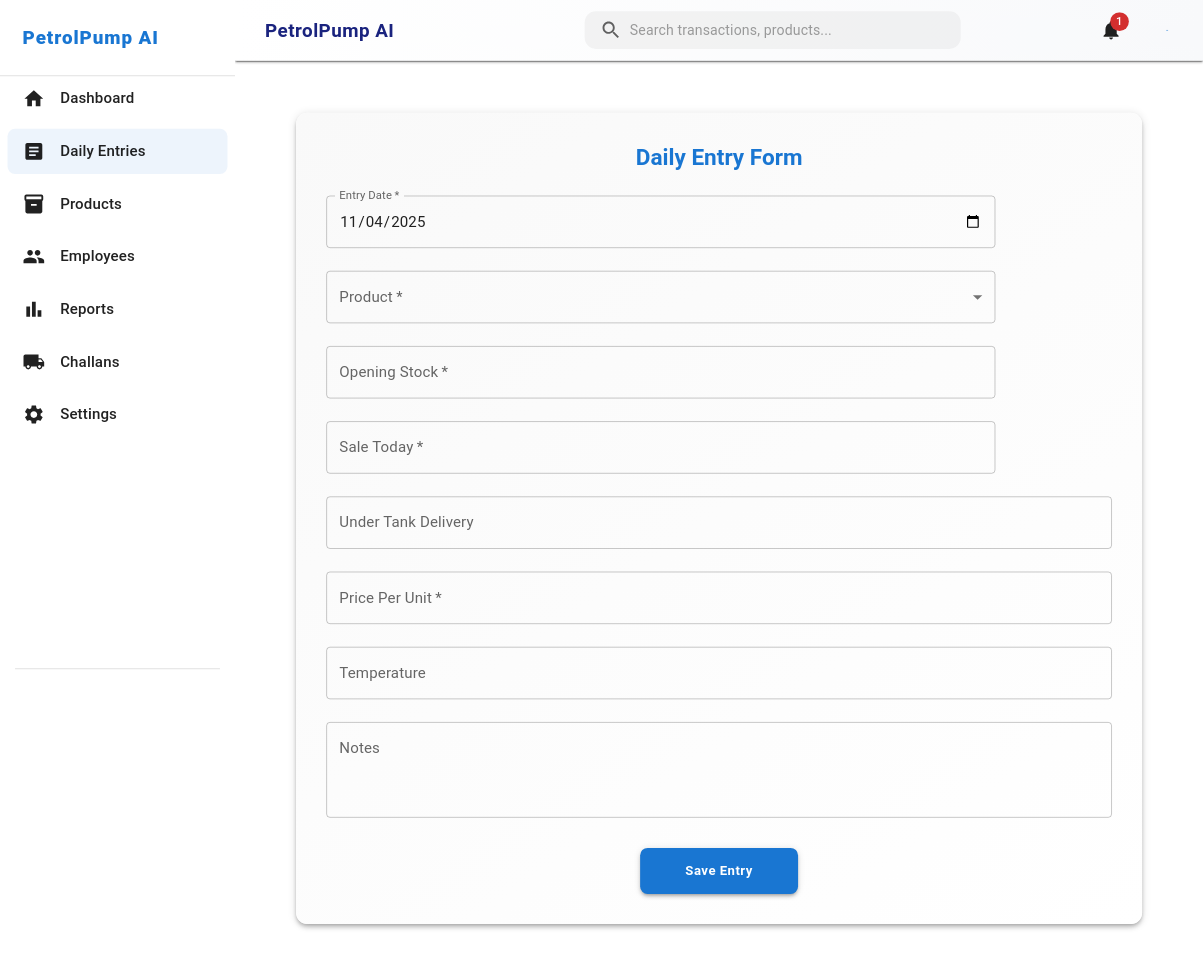
Repository: saquib0509/AI-Enabled-Retail-Management-
Page: /entries (app in frontend/)
The author's editor kept a copy of each file at every save. The page is drawn from the files as they stood at one save, then again after the next save.
The browser window is 1280 px wide. The pictures show the whole page, at 94% of full size.
The page's requests for data from a server got no answer. The project was rebuilt for these pictures with package versions that can differ from the ones it lists, and the page was loaded fresh each time. No one was signed in, and anything a server would have sent is missing. Also part of the build but not shown: frontend/vite.config.ts, frontend/src/pages/Dashboard.tsx, frontend/src/components/EmployeeList.tsx, frontend/src/components/EmployeeForm.tsx, frontend/src/components/EmployeeAttendance.tsx, frontend/src/components/EmployeeSalary.tsx, frontend/src/pages/Employees.tsx, frontend/src/pages/Products.tsx and 10 more.

Above is the page before, as saved 2025-11-08 22:59:05.

### frontend/index.html
<!DOCTYPE html>
<html lang="en">
<head>
  <meta charset="UTF-8">
  <meta name="viewport" content="width=device-width, initial-scale=1.0">
  <title>Petrol Pump Management</title>
  <link rel="stylesheet" href="/src/styles.css">
</head>
<body>
  <div id="root"></div>
  <script type="module" src="/src/main.tsx"></script>
</body>
</html>

### frontend/src/styles.css
/* ===== Global CSS Variables (Design Tokens) ===== */
:root {
  --color-primary: #3763ff;
  --color-primary-hover: #2543c3;
  --color-primary-shadow: #e8f0fe;
  --color-accent: #13c39c;
  --color-bg: #f7f8fa;
  --color-bg-card: #fff;
  --color-bg-navbar: #fff;
  --color-border: #e5e7eb;
  --color-text: #1f2937;
  --color-text-soft: #6b7280;
  --color-text-inverse: #fff;
  --border-radius: 10px;
  --shadow-md: 0 2px 8px 0 rgba(16,30,54,0.06);
  --font-main: 'Inter', 'Segoe UI', Arial, sans-serif;
  --transition: 0.18s cubic-bezier(.4,0,.2,1);
}

@media (prefers-color-scheme: dark) {
  :root {
    --color-bg: #13141a;
    --color-bg-card: #181a20;
    --color-bg-navbar: #191a23;
    --color-primary-shadow: #122056;
    --color-border: #23263a;
    --color-text: #f6f7fa;
    --color-text-soft: #a3adc2;
  }
}

html {
  box-sizing: border-box;
  font-family: var(--font-main);
  font-size: 16px;
  -webkit-font-smoothing: antialiased;
  background: var(--color-bg);
  color: var(--color-text);
}
*, *:before, *:after {
  box-sizing: inherit;
}
body {
  background: var(--color-bg);
  color: var(--color-text);
  min-height: 100vh;
  margin: 0;
  line-height: 1.6;
  transition: background var(--transition), color var(--transition);
  font-size: 1rem;
}

/* Layout */
.container {
  width: 100%;
  max-width: 1200px;
  margin: 0 auto;
  padding: 0 20px;
}

/* Typography */
h1, h2, h3, h4, h5, h6 {
  margin-bottom: 1rem;
  line-height: 1.2;
}

h1 { font-size: 2.5rem; }
h2 { font-size: 2rem; }
h3 { font-size: 1.75rem; }
h4 { font-size: 1.5rem; }
h5 { font-size: 1.25rem; }
h6 { font-size: 1rem; }

p {
  margin-bottom: 1rem;
}

a {
  color: #1976d2;
  text-decoration: none;
}

a:hover {
  text-decoration: underline;
}

/* Buttons */
button, .btn {
  display: inline-block;
  background: #1976d2;
  color: white;
  border: none;
  padding: 0.5rem 1rem;
  border-radius: 4px;
  cursor: pointer;
  font-size: 1rem;
  transition: background-color 0.3s;
}

button:hover, .btn:hover {
  background: #1565c0;
}

/* Forms */
input, select, textarea {
  width: 100%;
  padding: 0.5rem;
  margin-bottom: 1rem;
  border: 1px solid #ddd;
  border-radius: 4px;
  font-size: 1rem;
}

label {
  display: block;
  margin-bottom: 0.5rem;
  font-weight: 500;
}

/* Utility classes */
.mt-1 { margin-top: 0.5rem; }
.mt-2 { margin-top: 1rem; }
.mt-3 { margin-top: 1.5rem; }
.mt-4 { margin-top: 2rem; }

.mb-1 { margin-bottom: 0.5rem; }
.mb-2 { margin-bottom: 1rem; }
.mb-3 { margin-bottom: 1.5rem; }
.mb-4 { margin-bottom: 2rem; }

.text-center { text-align: center; }
.text-right { text-align: right; }

/* Responsive */
@media (max-width: 768px) {
  .container {
    padding: 0 15px;
  }

  h1 { font-size: 2rem; }
  h2 { font-size: 1.75rem; }
  h3 { font-size: 1.5rem; }
}

/* Utility classes */
.responsive-grid {
  display: grid;
  gap: 1.4rem;
  grid-template-columns: 1fr;
}
@media (min-width: 600px) {
  .responsive-grid {
    grid-template-columns: 1fr 1fr;
  }
}
@media (min-width: 980px) {
  .responsive-grid {
    grid-template-columns: 1fr 1fr 1fr;
  }
}

/* Modern Card Form Styles */
.modern-card-form {
  background: var(--color-bg-card);
  box-shadow: var(--shadow-md);
  border-radius: var(--border-radius);
  padding: 2rem 2rem 1.7rem 2rem;
  display: flex;
  flex-direction: column;
  gap: 1.2rem;
  width: 100%;
  max-width: 380px;
  margin: 1.7rem auto 0 auto;
  border: 1px solid var(--color-border);
}
.modern-card-form label {
  text-align: left;
  font-size: 1rem;
  font-weight: 500;
  color: var(--color-text);
  letter-spacing: 0.01em;
}
.modern-card-form input,
.modern-card-form select,
.modern-card-form textarea {
  margin-top: 0.32rem;
  padding: 0.55rem 0.8rem;
  border: 1px solid var(--color-border);
  border-radius: var(--border-radius);
  background: var(--color-bg);
  color: var(--color-text);
  font-size: 1rem;
  transition: border-color var(--transition), background var(--transition), color var(--transition);
}
.modern-card-form input:focus,
.modern-card-form select:focus,
.modern-card-form textarea:focus {
  border-color: var(--color-primary);
  outline: none;
  background: var(--color-primary-shadow);
}
.modern-card-form button[type=submit] {
  margin-top: 0.66rem;
}

### frontend/src/main.tsx
import { StrictMode } from 'react';
import { createRoot } from 'react-dom/client';
import { BrowserRouter } from 'react-router-dom';
import { AppProvider } from './context/AppContext';
import App from './App';
import './styles.css';

// Initialize the application
const container = document.getElementById('root');

if (!container) {
  throw new Error("Failed to find the root element");
}

const root = createRoot(container);

root.render(
  <StrictMode>
    <BrowserRouter>
      <AppProvider>
        <App />
      </AppProvider>
    </BrowserRouter>
  </StrictMode>
);

### frontend/src/App.tsx
import { Routes, Route } from 'react-router-dom';
import Layout from './components/layout/Layout';
import Dashboard from './pages/Dashboard';
import DailyEntryForm from './components/DailyEntryForm';
import Employees from "./pages/Employees";
import Products from "./pages/Products";
import Settings from "./pages/Settings";
import Challans from "./pages/Challans";
import Reports from "./pages/Reports";



const App = () => {
  return (
    <div className="app-container">
      <Routes>
        <Route path="/" element={<Layout />}>
          <Route index element={<Dashboard />} />
          <Route path="entries" element={<DailyEntryForm />} />
          <Route path="products" element={<Products />} />
          <Route path="employees" element={<Employees />} />
          <Route path="reports" element={<Reports />} />
          <Route path="settings" element={<Settings />} />
          <Route path="challans" element={<Challans />} />
        </Route>
      </Routes>
    </div>
  );
};

export default App;

### frontend/src/components/layout/Layout.tsx
import { useState } from 'react';
import { Outlet } from 'react-router-dom';
import { Box, CssBaseline, AppBar, Toolbar, useTheme, useMediaQuery } from '@mui/material';
import Sidebar from './Sidebar';
import Navbar from './Navbar';

const drawerWidth = 250;

export default function Layout() {
  const [mobileOpen, setMobileOpen] = useState(false);
  const theme = useTheme();
  const isDesktop = useMediaQuery(theme.breakpoints.up('md'));

  const handleDrawerToggle = () => {
    setMobileOpen(!mobileOpen);
  };

  return (
    <Box sx={{ display: 'flex', minHeight: '100vh', bgcolor: 'background.default', color: 'text.primary' }}>
      <CssBaseline />
      {/* AppBar */}
      <AppBar
        position="fixed"
        sx={{
          width: { md: `calc(100% - ${drawerWidth}px)` },
          ml: { md: `${drawerWidth}px` },
          bgcolor: 'background.paper',
          color: 'text.primary',
          boxShadow: 2
        }}
        elevation={isDesktop ? 1 : 4}
      >
        <Toolbar variant="dense" disableGutters>
          <Navbar onMenuClick={handleDrawerToggle} />
        </Toolbar>
      </AppBar>
      {/* Drawer/Sidebar */}
      <Sidebar
        variant={isDesktop ? 'permanent' : 'temporary'}
        open={isDesktop ? true : mobileOpen}
        onClose={handleDrawerToggle}
        drawerWidth={drawerWidth}
      />
      {/* Main Content */}
      <Box
        component="main"
        sx={{
          flexGrow: 1,
          p: { xs: 2, sm: 3, md: 4 },
          width: { xs: '100%', md: `calc(100% - ${drawerWidth}px)` },
          mt: 6,
          minHeight: '100vh',
        }}
      >
        <Outlet />
      </Box>
    </Box>
  );
}

### frontend/src/components/DailyEntryForm.tsx
import React, { useState, useEffect, ChangeEvent, FormEvent } from "react";
import {
  Box,
  TextField,
  Select,
  MenuItem,
  Button,
  Typography,
  Paper,
  InputLabel,
  FormControl,
  Grid,
} from "@mui/material";
import api from "../services/api";

interface Product {
  id: number;
  name: string;
  unit: string;
}

interface DailyEntryData {
  entryDate: string;
  productId: number | "";
  openingStock: number | "";
  salesToday: number | "";
  underTankDelivery: number | "";
  pricePerUnit: number | "";
  temperature: number | "";
  notes: string;
}

const DailyEntryForm: React.FC = () => {
  const [products, setProducts] = useState<Product[]>([]);
  const [formData, setFormData] = useState<DailyEntryData>({
    entryDate: new Date().toISOString().slice(0, 10),
    productId: "",
    openingStock: "",
    salesToday: "",
    underTankDelivery: "",
    pricePerUnit: "",
    temperature: "",
    notes: "",
  });

  useEffect(() => {
    api
      .get<Product[]>("/products")
      .then((res) => setProducts(res.data))
      .catch(() => alert("Could not fetch products"));
  }, []);

  const handleChange = (
    e:
      | ChangeEvent<HTMLInputElement | HTMLTextAreaElement>
      | ChangeEvent<{ name?: string; value: unknown }>
  ) => {
    const { name, value } = e.target;
    if (!name) return;
    setFormData((prev) => ({
      ...prev,
      [name]:
        name === "productId" && value !== ""
          ? Number(value)
          : ["openingStock", "salesToday", "underTankDelivery", "pricePerUnit", "temperature"].includes(name) &&
            value !== ""
          ? Number(value)
          : value,
    }));
  };

  const handleSubmit = (e: FormEvent) => {
    e.preventDefault();
    api
      .post("/daily-entries", formData)
      .then(() => alert("Entry saved successfully!"))
      .catch((err) =>
        alert("Failed: " + (err.response?.data?.error || err.message))
      );
  };

  return (
    <Paper
      elevation={4}
      sx={{
        p: 4,
        maxWidth: 900,
        mx: "auto",
        mt: 5,
        borderRadius: 3,
        background: "linear-gradient(145deg, #f9f9f9, #ffffff)",
      }}
    >
      <Typography
        variant="h5"
        align="center"
        gutterBottom
        sx={{ fontWeight: 700, color: "primary.main" }}
      >
        Daily Entry Form
      </Typography>

      <Box
        component="form"
        onSubmit={handleSubmit}
        sx={{ mt: 3 }}
      >
        <Grid container spacing={3}>
          {/* Left Column */}
          <Grid item xs={12} md={6}>
            <TextField
              label="Entry Date"
              type="date"
              name="entryDate"
              value={formData.entryDate}
              onChange={handleChange}
              InputLabelProps={{ shrink: true }}
              required
              fullWidth
            />

            <FormControl fullWidth required sx={{ mt: 3 }}>
              <InputLabel>Product</InputLabel>
              <Select
                name="productId"
                value={formData.productId}
                label="Product"
                onChange={handleChange}
              >
                <MenuItem value="">Select Product</MenuItem>
                {products.map((p) => (
                  <MenuItem key={p.id} value={p.id}>
                    {p.name}
                  </MenuItem>
                ))}
              </Select>
            </FormControl>

            <TextField
              label="Opening Stock"
              name="openingStock"
              type="number"
              value={formData.openingStock}
              onChange={handleChange}
              required
              fullWidth
              sx={{ mt: 3 }}
            />

            <TextField
              label="Sale Today"
              name="salesToday"
              type="number"
              value={formData.salesToday}
              onChange={handleChange}
              required
              fullWidth
              sx={{ mt: 3 }}
            />
          </Grid>

          {/* Right Column */}
          <Grid item xs={12} md={6}>
            <TextField
              label="Under Tank Delivery"
              name="underTankDelivery"
              type="number"
              value={formData.underTankDelivery}
              onChange={handleChange}
              fullWidth
            />

            <TextField
              label="Price Per Unit"
              name="pricePerUnit"
              type="number"
              value={formData.pricePerUnit}
              onChange={handleChange}
              required
              fullWidth
              sx={{ mt: 3 }}
            />

            <TextField
              label="Temperature"
              name="temperature"
              type="number"
              value={formData.temperature}
              onChange={handleChange}
              fullWidth
              sx={{ mt: 3 }}
            />

            <TextField
              label="Notes"
              name="notes"
              multiline
              rows={3}
              value={formData.notes}
              onChange={handleChange}
              fullWidth
              sx={{ mt: 3 }}
            />
          </Grid>
        </Grid>

        {/* Save Button */}
        <Box textAlign="center" sx={{ mt: 4 }}>
          <Button
            type="submit"
            variant="contained"
            color="primary"
            sx={{
              px: 6,
              py: 1.5,
              fontWeight: 600,
              borderRadius: 2,
              letterSpacing: 0.5,
              textTransform: "none",
              boxShadow: 3,
            }}
          >
            Save Entry
          </Button>
        </Box>
      </Box>
    </Paper>
  );
};

export default DailyEntryForm;

### frontend/src/components/layout/Sidebar.tsx
import { useState, useEffect } from 'react';
import {
  Drawer, Toolbar, Box, Typography, List, ListItemButton, ListItemIcon, ListItemText,
  Avatar, Divider, Paper, Stack, CircularProgress
} from '@mui/material';
import HomeIcon from '@mui/icons-material/Home';
import ArticleIcon from '@mui/icons-material/Article';
import InventoryIcon from '@mui/icons-material/Inventory2';
import BarChartIcon from '@mui/icons-material/BarChart';
import SettingsIcon from '@mui/icons-material/Settings';
import PeopleIcon from '@mui/icons-material/People';
import LocalShippingIcon from '@mui/icons-material/LocalShipping';
import { Link, useLocation } from 'react-router-dom';
import type { DrawerProps } from '@mui/material';
import api from '../../services/api';

interface BusinessSettings {
  companyName: string;
  ownerName: string;
  businessAddress: string;
  gstNumber: string;
}

const navigation = [
  { name: 'Dashboard', href: '/', icon: <HomeIcon /> },
  { name: 'Daily Entries', href: '/entries', icon: <ArticleIcon /> },
  { name: 'Products', href: '/products', icon: <InventoryIcon /> },
  { name: 'Employees', href: '/employees', icon: <PeopleIcon /> },
  { name: 'Reports', href: '/reports', icon: <BarChartIcon /> },
  { name: 'Challans', href: '/challans', icon: <LocalShippingIcon /> },
  { name: 'Settings', href: '/settings', icon: <SettingsIcon /> },
];

type SidebarProps = {
  variant: DrawerProps['variant'];
  open: boolean;
  onClose: () => void;
  drawerWidth?: number;
};

const Sidebar = ({ variant, open, onClose, drawerWidth }: SidebarProps) => {
  const location = useLocation();
  const [settings, setSettings] = useState<BusinessSettings | null>(null);
  const [loading, setLoading] = useState(true);

  useEffect(() => {
    fetchSettings();
    const interval = setInterval(fetchSettings, 10000); // Refresh every 10s
    return () => clearInterval(interval);
  }, []);

  const fetchSettings = async () => {
    try {
      const res = await api.get('/settings');
      setSettings(res.data);
    } catch (error) {
      console.log('Settings not loaded');
    } finally {
      setLoading(false);
    }
  };

  const drawerContent = (
    <Box sx={{ height: '100%', display: 'flex', flexDirection: 'column' }}>
      {/* Brand/Logo */}
      <Toolbar sx={{ px: 3, py: 3 }}>
        <Typography variant="h6" fontWeight={800} color="primary" sx={{ letterSpacing: 1 }}>
          PetrolPump AI
        </Typography>
      </Toolbar>
      <Divider />



      {/* Navigation */}
      <List sx={{ flex: 1, py: 0 }}>
        {navigation.map((item) => (
          <ListItemButton
            key={item.name}
            component={Link}
            to={item.href}
            selected={location.pathname === item.href}
            sx={{ borderRadius: 2, mx: 1, mb: 1 }}
          >
            <ListItemIcon sx={{ minWidth: 40, color: 'inherit' }}>
              {item.icon}
            </ListItemIcon>
            <ListItemText primary={item.name} sx={{ '& .MuiTypography-root': { fontWeight: 500 } }} />
          </ListItemButton>
        ))}
      </List>

      <Box sx={{ mb: 1, mt: 1, px: 2 }}>
        <Divider />
      </Box>

      {/* User Info */}
      {!loading && settings && (
        <Box sx={{ display: 'flex', alignItems: 'center', p: 2, pb: 3 }}>
          <Avatar
            alt={settings.companyName}
            sx={{
              width: 40,
              height: 40,
              mr: 1.5,
              bgcolor: '#667eea',
              fontWeight: 'bold',
            }}
          >
            {settings.companyName?.charAt(0) || 'A'}
          </Avatar>
          <Box>
            <Typography fontWeight={600} fontSize={15}>
              {settings.companyName || 'Admin'}
            </Typography>
            <Typography color="text.secondary" fontSize={13} noWrap width={130}>
              {settings.businessAddress?.slice(0, 20) || 'Business'}
            </Typography>
          </Box>
        </Box>
      )}
    </Box>
  );

  return (
    <Drawer
      variant={variant}
      open={open}
      onClose={onClose}
      sx={{
        width: drawerWidth,
        flexShrink: 0,
        '& .MuiDrawer-paper': {
          width: drawerWidth,
          boxSizing: 'border-box',
          bgcolor: 'background.paper',
          borderRight: 0,
          pb: 0,
          pt: 0,
        },
      }}
      ModalProps={{ keepMounted: true }}
    >
      {drawerContent}
    </Drawer>
  );
};

export default Sidebar;

### frontend/src/services/api.ts
import axios from "axios";

const api = axios.create({
  baseURL: "http://localhost:8080/api",
  headers: {
    'Content-Type': 'application/json',
  },
});

export default api;

Loaded but not shown: frontend/src/context/AppContext.tsx (287 lines, source omitted); frontend/src/components/layout/Navbar.tsx (229 lines, source omitted)

After the next save:
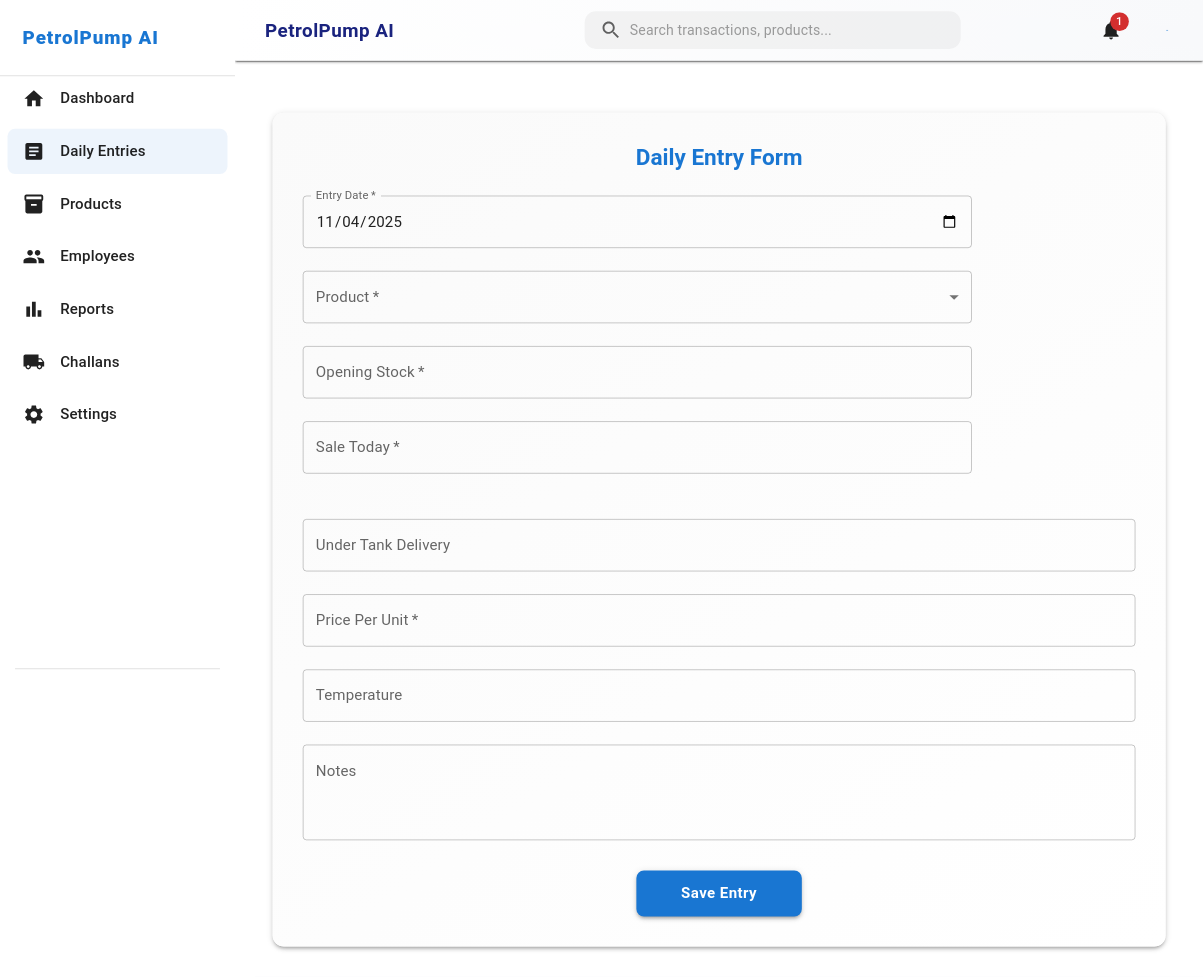
Saved 47 s later.
--- a/frontend/src/components/DailyEntryForm.tsx
+++ b/frontend/src/components/DailyEntryForm.tsx
@@ -81,14 +81,14 @@ const DailyEntryForm: React.FC = () => {
 
   return (
     <Paper
-      elevation={4}
+      elevation={3}
       sx={{
         p: 4,
-        maxWidth: 900,
+        maxWidth: 950,
         mx: "auto",
         mt: 5,
         borderRadius: 3,
-        background: "linear-gradient(145deg, #f9f9f9, #ffffff)",
+        background: "linear-gradient(145deg, #fafafa, #ffffff)",
       }}
     >
       <Typography
@@ -109,6 +109,7 @@ const DailyEntryForm: React.FC = () => {
           {/* Left Column */}
           <Grid item xs={12} md={6}>
             <TextField
+              fullWidth
               label="Entry Date"
               type="date"
               name="entryDate"
@@ -116,10 +117,10 @@ const DailyEntryForm: React.FC = () => {
               onChange={handleChange}
               InputLabelProps={{ shrink: true }}
               required
-              fullWidth
-            />
-
-            <FormControl fullWidth required sx={{ mt: 3 }}>
+              sx={{ mb: 3 }}
+            />
+
+            <FormControl fullWidth required sx={{ mb: 3 }}>
               <InputLabel>Product</InputLabel>
               <Select
                 name="productId"
@@ -137,87 +138,92 @@ const DailyEntryForm: React.FC = () => {
             </FormControl>
 
             <TextField
+              fullWidth
               label="Opening Stock"
               name="openingStock"
               type="number"
               value={formData.openingStock}
               onChange={handleChange}
               required
-              fullWidth
-              sx={{ mt: 3 }}
-            />
-
-            <TextField
+              sx={{ mb: 3 }}
+            />
+
+            <TextField
+              fullWidth
               label="Sale Today"
               name="salesToday"
               type="number"
               value={formData.salesToday}
               onChange={handleChange}
               required
-              fullWidth
-              sx={{ mt: 3 }}
+              sx={{ mb: 3 }}
             />
           </Grid>
 
           {/* Right Column */}
           <Grid item xs={12} md={6}>
             <TextField
+              fullWidth
               label="Under Tank Delivery"
               name="underTankDelivery"
               type="number"
               value={formData.underTankDelivery}
               onChange={handleChange}
-              fullWidth
-            />
-
-            <TextField
+              sx={{ mb: 3 }}
+            />
+
+            <TextField
+              fullWidth
               label="Price Per Unit"
               name="pricePerUnit"
               type="number"
               value={formData.pricePerUnit}
               onChange={handleChange}
               required
-              fullWidth
-              sx={{ mt: 3 }}
-            />
-
-            <TextField
+              sx={{ mb: 3 }}
+            />
+
+            <TextField
+              fullWidth
               label="Temperature"
               name="temperature"
               type="number"
               value={formData.temperature}
               onChange={handleChange}
-              fullWidth
-              sx={{ mt: 3 }}
-            />
-
-            <TextField
+              sx={{ mb: 3 }}
+            />
+
+            <TextField
+              fullWidth
               label="Notes"
               name="notes"
               multiline
               rows={3}
               value={formData.notes}
               onChange={handleChange}
-              fullWidth
-              sx={{ mt: 3 }}
             />
           </Grid>
         </Grid>
 
-        {/* Save Button */}
-        <Box textAlign="center" sx={{ mt: 4 }}>
+        {/* Save Button - full width center */}
+        <Box
+          sx={{
+            mt: 4,
+            textAlign: "center",
+          }}
+        >
           <Button
             type="submit"
             variant="contained"
             color="primary"
             sx={{
               px: 6,
-              py: 1.5,
+              py: 1.3,
               fontWeight: 600,
               borderRadius: 2,
-              letterSpacing: 0.5,
               textTransform: "none",
               boxShadow: 3,
+              fontSize: "1rem",
             }}
           >
             Save Entry
